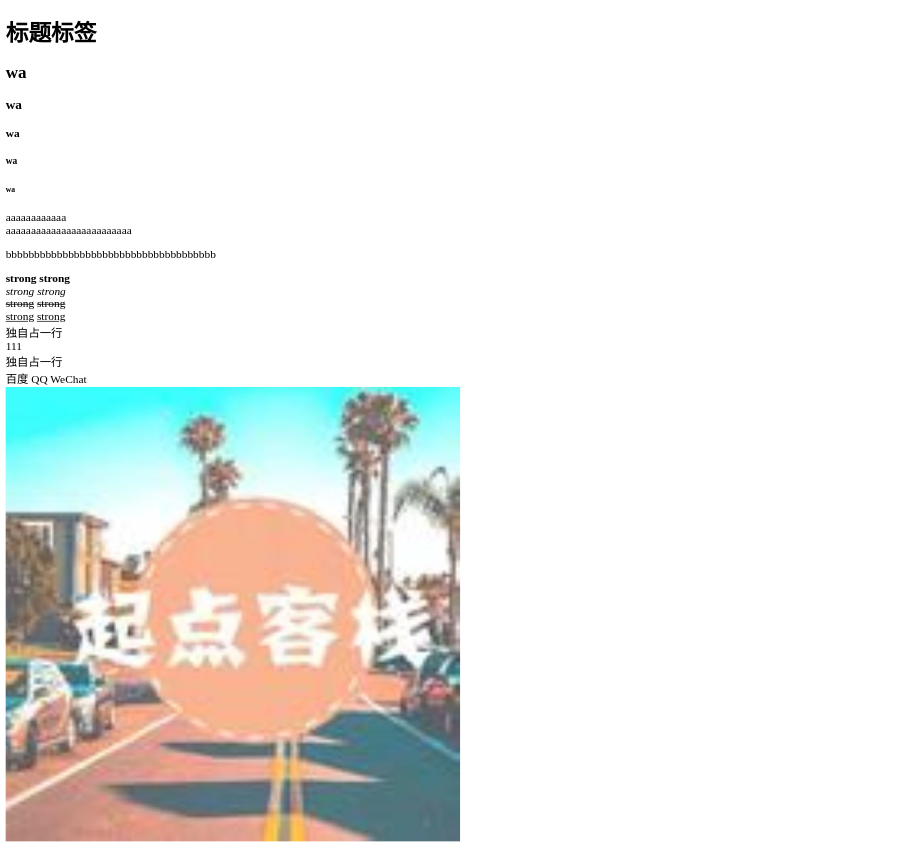
Repository: Qwenicq/My_project
Page: html/vscode_frist.htm
The author's editor kept a copy of each file at every save. The page is drawn from the files as they stood at one save, then again after the next save.
The browser window is 1280 px wide. The pictures show the whole page, at 71% of full size.

Above is the page before, as saved 2023-03-27 21:40:34.

After the next save:
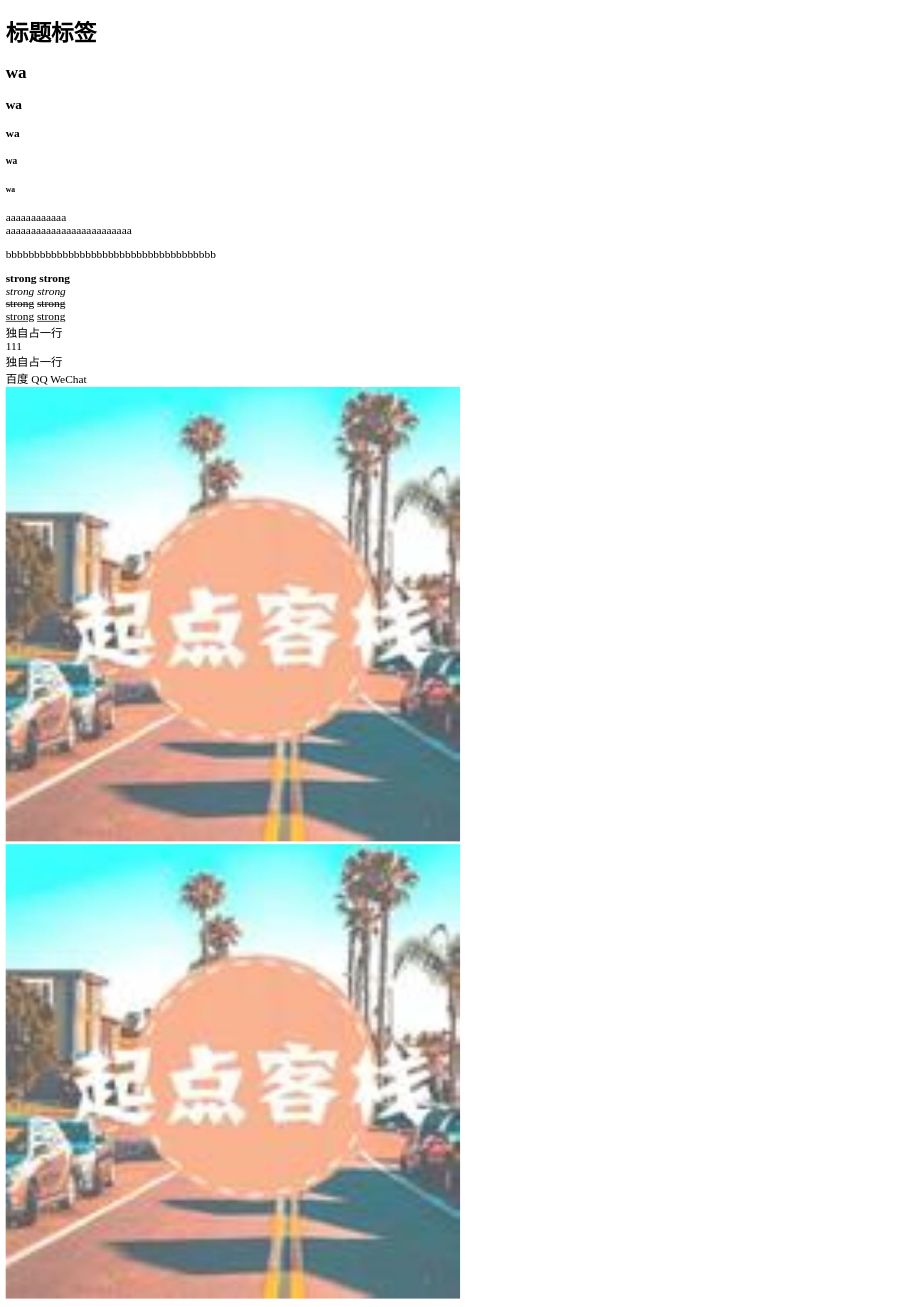
Saved 2 min 40 s later.
--- a/html/vscode_frist.htm
+++ b/html/vscode_frist.htm
@@ -30,5 +30,6 @@
     <span>QQ</span>
     <span>WeChat</span><br />
     <img src="余音日记.jpg">
+    <img src="余音日记.jpg" alt="图片加载错误">
 </body>
 </html>
